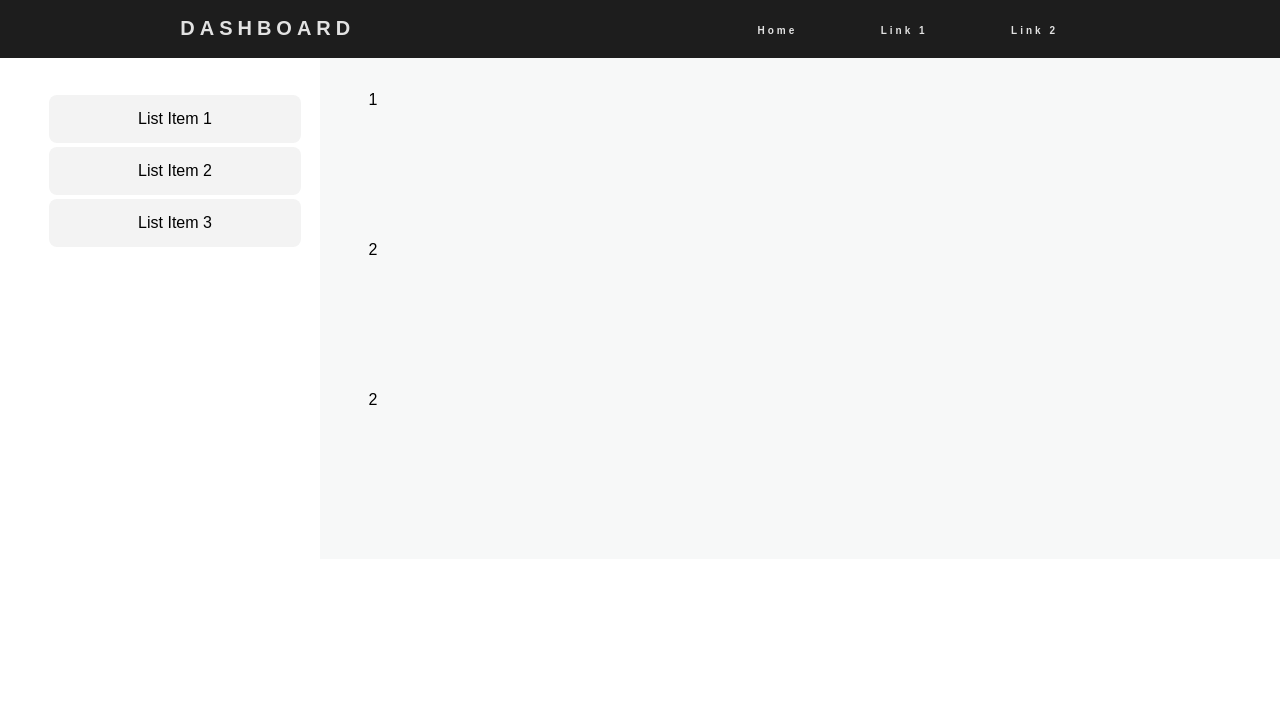
Repository: nourabdelhakam/drag-drop
Page: index.html
The author's editor kept a copy of each file at every save. The page is drawn from the files as they stood at one save, then again after the next save.
The browser window is 1280 px wide. The pictures show the whole page.

Above is the page before, as saved 2020-07-03 10:09:32.

### index.html
<!DOCTYPE html>
<html lang="en">
<head>
    <meta charset="UTF-8">
    <meta name="viewport" content="width=device-width, initial-scale=1.0">
    <meta http-equiv="X-UA-Compatible" content="ie=edge">
    <title>Drag & Drop</title>
    <link rel="stylesheet" href="nav/nav.css">
    <link rel="stylesheet" href="css/main.css">
</head>
<body>

    <!-- <nav> -->
        <nav>
            <div class="logo">
                <h4>Dashboard</h4>
            </div>
            <ul class="nav-links">
                <li><a href="">Home</a></li>
                <li><a href="">Link 1</a></li>
                <li><a href="">Link 2</a></li>
            </ul>
            <div class="burger">
                <div class="line1"></div>
                <div class="line2"></div>
                <div class="line3"></div>
            </div>
        </nav>
      <!-- </nav> end of nav -->

      <section>
                <div class="left">
                    <div class="list">
                        <div class="list-item" draggable="true">List Item 1</div>
                        <div class="list-item" draggable="true">List Item 2</div>
                        <div class="list-item" draggable="true">List Item 3</div>
                    </div>
                  </div>
                  <div class="right">
                      <div class="list">1</div>
                      <div class="list">2</div>
                      <div class="list">2</div>
                  </div>

            <!-- <div class="lists">
                <div class="list">
                    <div class="list-item" draggable="true">List Item 1</div>
                    <div class="list-item" draggable="true">List Item 2</div>
                    <div class="list-item" draggable="true">List Item 3</div>
                </div>
                <div class="list"></div>
                <div class="list"></div>
            </div> -->
      </section>


    <script src="main.js" type="text/javascript"></script>
    <script src="nav/nav.js" type="text/javascript"></script>
</body>
</html>

### nav/nav.css
nav {
    display: flex;
    justify-content: space-around;
    align-items: center;
    min-height: 8vh;
    background-color: #1D1D1D;
    font-family: "Poppins", sans-serif;
}
.logo {
    color: rgb(226, 226, 226);
    text-transform: uppercase;
    letter-spacing: 5px;
    font-size: 20px;
}
.nav-links {
    display: flex;
    justify-content: space-around;
    width: 30%;
}
.nav-links li {
    list-style: none;
}
.nav-links a {
    color: rgb(226, 226, 226);
    text-decoration: none;
    letter-spacing: 3px;
    font-weight: bold;
    font-size: 10px;
}
.burger {
    display: none;
    cursor: pointer;
}
.burger div {
    width: 25px;
    height: 3px;
    background-color: rgb(226, 226, 226);
    margin: 5px;
    transition: all 0.3s ease;
}


@media screen and (max-width:1024px) {
    .nav-links {
        width: 60%;
    }
}

@media screen and (max-width:768px) {

    body {
        overflow-x: hidden;
    }
    .nav-links {
        position: absolute;
        right: 0px;
        height: 92vh;
        top: 8vh;
        background-color: #1D1D1D;
        display: flex;
        flex-direction: column;
        align-items: center;
        width: 50%;
        transform: translatex(100%);
        transition: transform 0.5s ease-in;
    }
    .nav-links li {
        opacity: 0;
    }
    .burger {
        display: block;
    }
}

.nav-active {
    transform: translatex(0%);
}

@keyframes navLinkFade {
    from {
        opacity: 0;
        transform: translatex(50%);
    }
    to {
        opacity: 1;
        transform: translatex(0%);
    }
}

.toggle .line1 {
    transform: rotate(-45deg) translate(-5px, 6px);
}
.toggle .line2 {
    opacity: 0;
}
.toggle .line3 {
    transform: rotate(45deg) translate(-5px, -6px);
}

.landing {
    height: 90vh;
    display: flex;
    justify-content: center;
    align-items: center;
}
.landing h1 {
    margin: 100px;
    font-size: 50px;
    color: #ae5fce;
}

### css/main.css
* {
    margin: 0;
    padding: 0;
    box-sizing: border-box;
}
body {
    font-family: Arial, Helvetica, sans-serif;
}
.left {
    width: 25%;
    height: 100%;
    float: left;
    padding: 2%;
}
.right {
    width: 75%;
    height: 100%;
    float: left;
    padding: 2%;
    background-color: #F7F8F8;
}
.list {
    width: 100%;
    min-width: 250px;
    max-width: 350px;
    height: 100%;
    min-height: 150px;

    margin: 0 15px;
    padding: 8px;
    transition: all 0.2s linear;
}
.list-item {
    background-color: #F3F3F3;
    border-radius: 8px;
    padding: 15px 20px;
    text-align: center;
    margin: 4px 0;
}
/* .container {
    display: flex;
    flex-flow: column;
    width: 90vw;
    height: 90vh;
    border-top: 1px dashed gray;
}
.lists {
    display: flex;
    flex: 1;
    width: 100%;
    overflow: scroll;
}
.lists .list {
    display: flex;
    flex-flow: column;
    flex: 1;

    width: 100%;
    min-width: 250px;
    max-width: 350px;
    height: 100%;
    min-height: 150px;

    background-color: rgba(0, 0, 0, 0.1);
    margin: 0 15px;
    padding: 8px;
    transition: all 0.2s linear;
}

.lists .list .list-item {
    background-color: #F3F3F3;
    border-radius: 8px;
    padding: 15px 20px;
    text-align: center;
    margin: 4px 0;
} */

### main.js
const list_items = document.querySelectorAll('.list-item');
const lists = document.querySelectorAll('.list');

let draggedItem = null;

for (let i = 0; i < list_items.length; i++) {
	const item = list_items[i];

	item.addEventListener('dragstart', function () {
		draggedItem = item;
		setTimeout(function () {
			item.style.display = 'none';
		}, 0)
	});

	item.addEventListener('dragend', function () {
		setTimeout(function () {
			draggedItem.style.display = 'block';
			draggedItem = null;
		}, 0);
	})

	for (let j = 0; j < lists.length; j ++) {
		const list = lists[j];

		list.addEventListener('dragover', function (e) {
			e.preventDefault();
		});

		list.addEventListener('dragenter', function (e) {
			e.preventDefault();
			this.style.backgroundColor = 'rgba(0, 0, 0, 0.2)';
		});

		list.addEventListener('dragleave', function (e) {
			this.style.backgroundColor = 'rgba(0, 0, 0, 0.1)';
		});

		list.addEventListener('drop', function (e) {
			console.log('drop');
			this.append(draggedItem);
			this.style.backgroundColor = 'rgba(0, 0, 0, 0.1)';
		});
	}
}

### nav/nav.js
const navSlide = () => {
    const burger = document.querySelector('.burger');
    const nav = document.querySelector('.nav-links');
    const navLinks = document.querySelectorAll('.nav-links li');


    burger.addEventListener('click', () => {

        //Toggle Nav
        nav.classList.toggle('nav-active');

        //Animate Links
        navLinks.forEach((link, index) => {

            if (link.style.animation) {
                link.style.animation = '';
            } else {
                link.style.animation = `navLinkFade 0.5s ease forwards ${index / 7 + 0.3}s`;
            }

        });

        //Burger Animation
        burger.classList.toggle('toggle');
    });

}

navSlide();

After the next save:
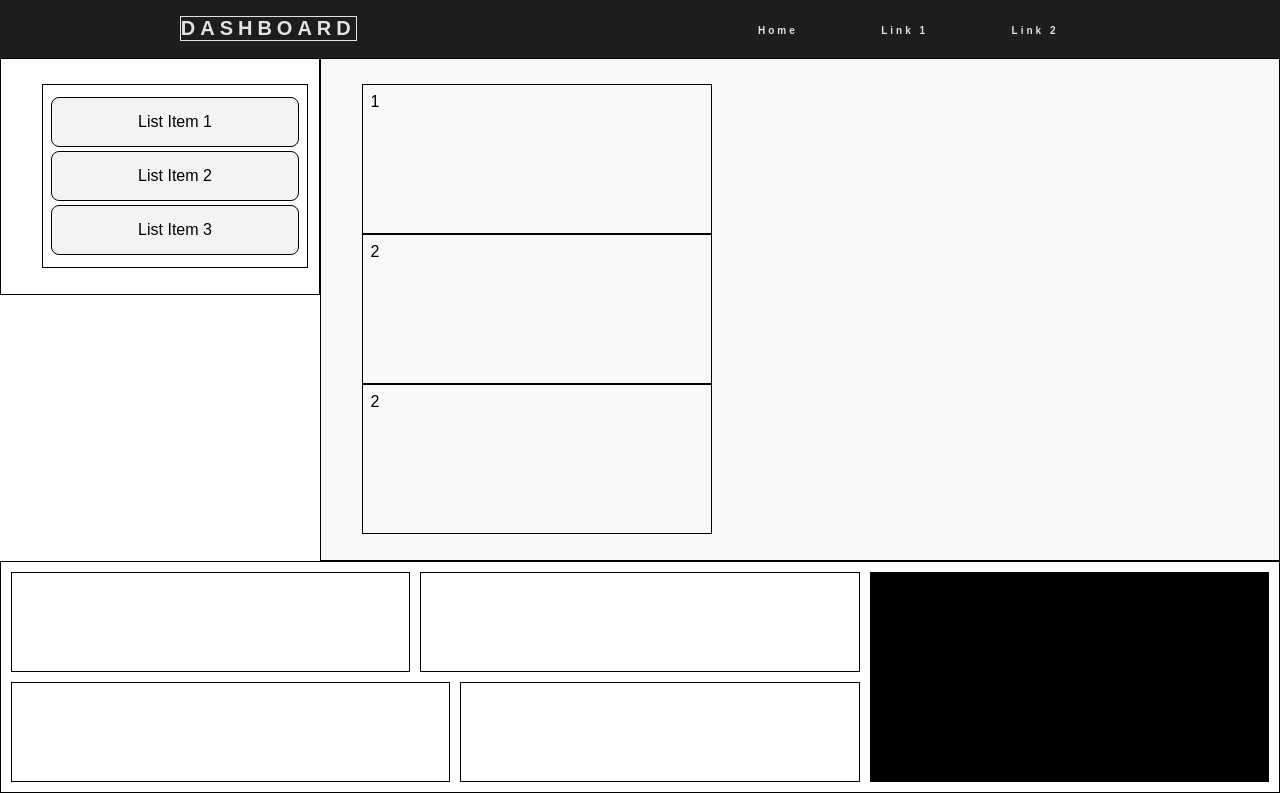
Saved 9 min 51 s later.
--- a/index.html
+++ b/index.html
@@ -52,6 +52,14 @@
                 <div class="list"></div>
             </div> -->
       </section>
+      <div class="container">
+        <div class="a"></div>
+        <div class="b"></div>
+        <div class="c"></div>
+        <div class="d"></div>
+        <div class="e"></div>
+
+      </div>
 
 
     <script src="main.js" type="text/javascript"></script>
--- a/css/main.css
+++ b/css/main.css
@@ -74,3 +74,42 @@ body {
     text-align: center;
     margin: 4px 0;
 } */
+
+.container {
+    display: grid;
+    grid-template-columns: [c1] 1fr [c2] 30px [c3] 1fr [c4] 1fr [c5];
+    grid-template-rows: [r1] 100px [r2] 100px [r3];
+    grid-column-gap: 10px;
+    grid-row-gap: 10px;
+    padding: 10px
+  }
+
+  div {
+    border: solid 1px;
+  }
+
+  .a {
+    grid-column: c1 / c2;
+    grid-row: r1 / r2;
+  }
+
+  .b {
+    grid-column: c2 / c4;
+    grid-row: r1 / r2;
+  }
+
+  .c {
+    grid-column: c4 / c5;
+    grid-row: r1 / r3;
+    background: black;
+  }
+
+  .d {
+    grid-column: c1 / c3;
+    grid-row: r2 / r3;
+  }
+
+  .e {
+    grid-column: c3 / c4;
+    grid-row: r2 / r3;
+  }
